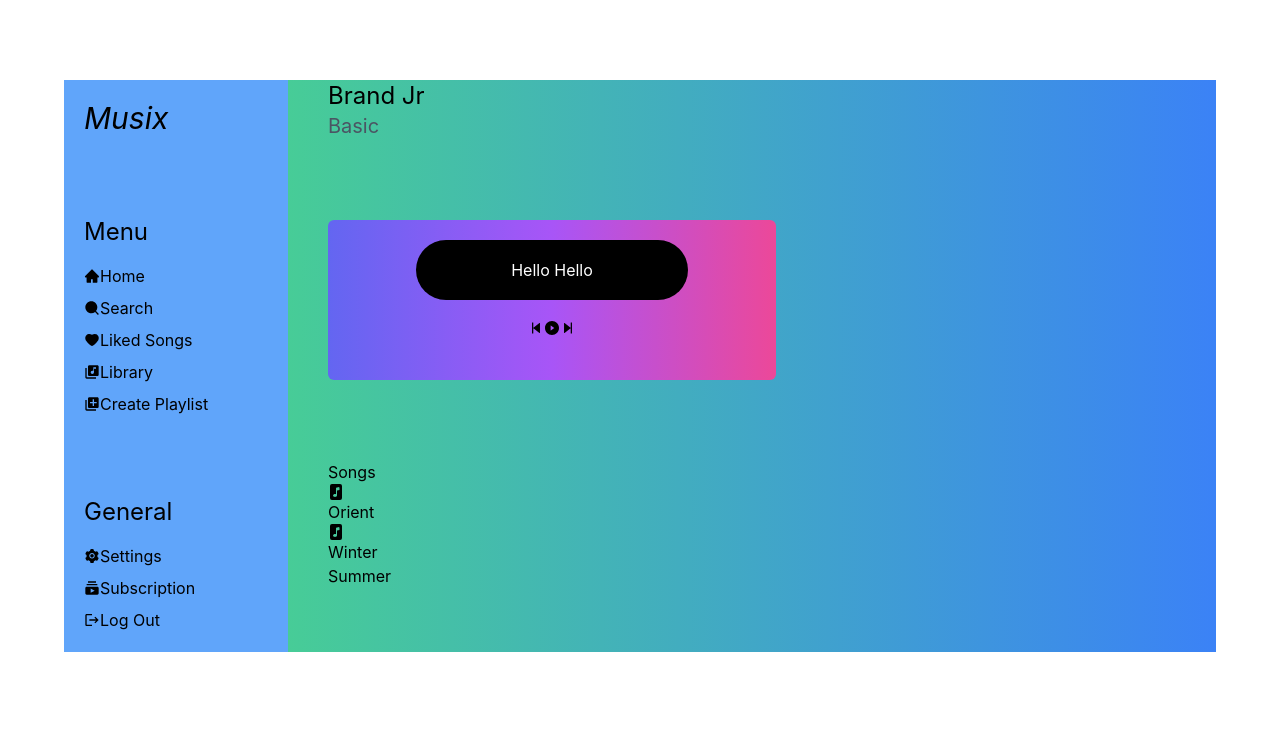
Repository: brandford7/music-player
Page: /
An editor plug-in stored every save of this project. The page is shown before and after a run of saves, followed by the edit.
The browser window is 1280 px wide. The pictures show the whole page.
The project was rebuilt for these pictures with package versions that can differ from the ones it lists, and the page was loaded fresh each time. The framework's server and built-in components were replaced by stand-ins that run in the browser. Also part of the build but not shown: next.config.js.

Above is the page before, as saved 2022-11-18 12:52:14.

After the next 2 saves:
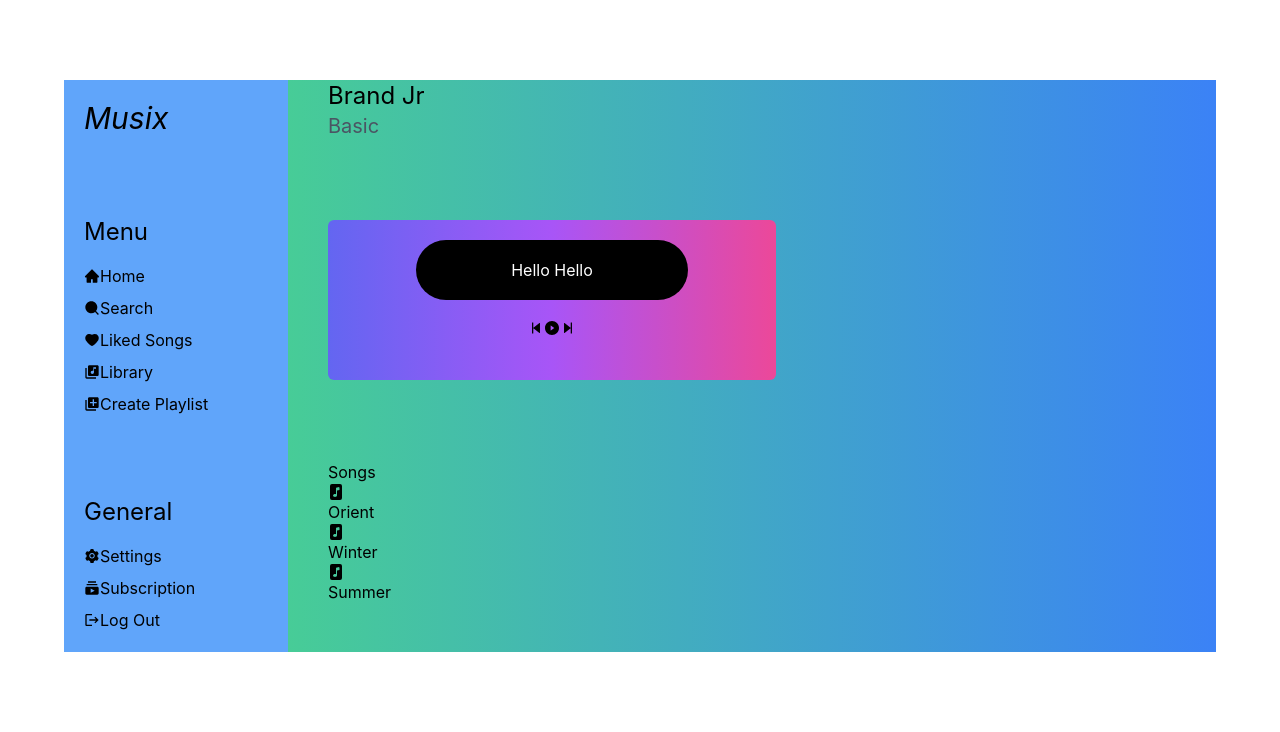
The 2 saves are shown as one change because they came seconds apart.
The last was saved 7 s later.
--- a/components/SongList.jsx
+++ b/components/SongList.jsx
@@ -1,5 +1,5 @@
 import React from "react";
-import {BsFillFileMusicFill} from "react-icons/bs"
+import { BsFillFileMusicFill } from "react-icons/bs";
 
 const SongList = () => {
   return (
@@ -15,7 +15,10 @@ const SongList = () => {
             <BsFillFileMusicFill />
             Winter
           </li>
-          <li>Summer</li>
+          <li>
+            <BsFillFileMusicFill />
+            Summer
+          </li>
         </ul>
       </section>
     </div>
